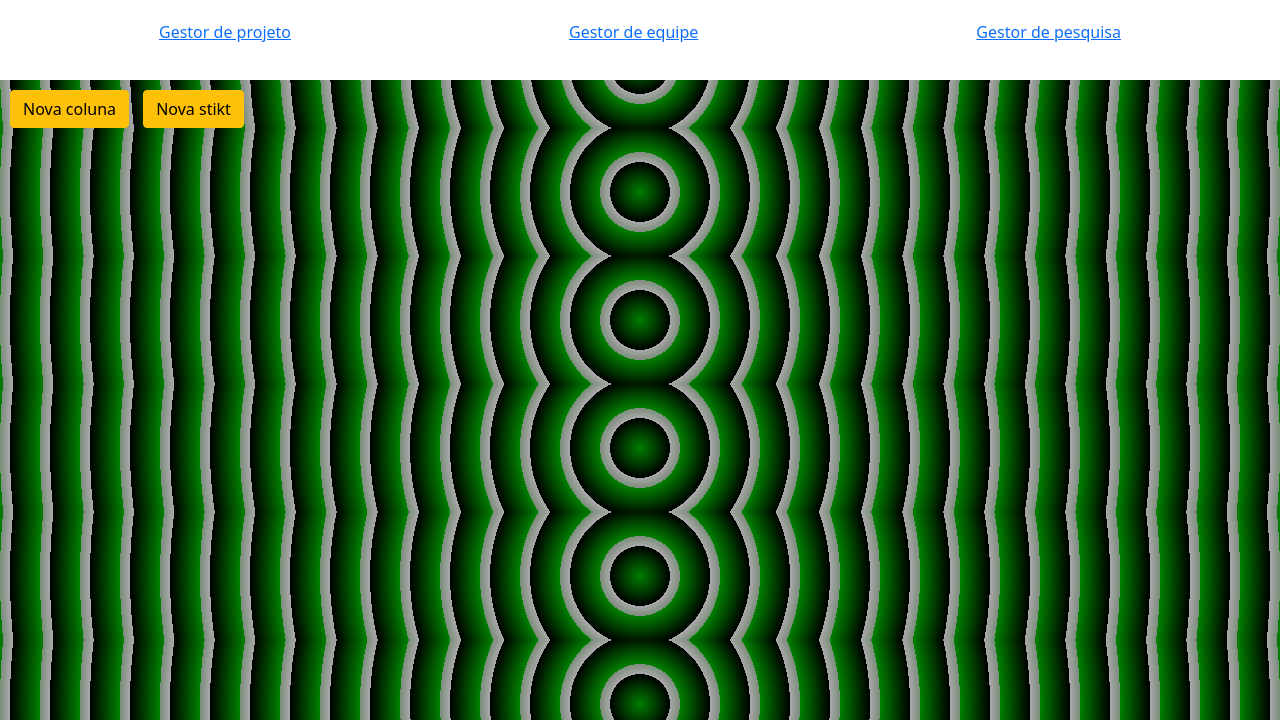
Repository: shadowruge/kanban
Page: index.html
These files come from the project's save history. The page is drawn as it stood at one moment and after the next save; the edit follows.
The browser window is 1280 px wide. The pictures show the whole page.

Above is the page before, as saved 2021-06-12 19:31:05.

### index.html
<!DOCTYPE html>
<html lang="en">
  <head>
    <meta charset="UTF-8" />
    <meta http-equiv="X-UA-Compatible" content="IE=edge" />
    <meta name="viewport" content="width=device-width, initial-scale=1.0" />
    <script src="https://cdn.jsdelivr.net/npm/@popperjs/core@2.9.2/dist/umd/popper.min.js" integrity="sha384-IQsoLXl5PILFhosVNubq5LC7Qb9DXgDA9i+tQ8Zj3iwWAwPtgFTxbJ8NT4GN1R8p" crossorigin="anonymous"></script>
<script src="https://cdn.jsdelivr.net/npm/bootstrap@5.0.1/dist/js/bootstrap.min.js" integrity="sha384-Atwg2Pkwv9vp0ygtn1JAojH0nYbwNJLPhwyoVbhoPwBhjQPR5VtM2+xf0Uwh9KtT" crossorigin="anonymous"></script>

    <script src="https://cdn.jsdelivr.net/npm/bootstrap@5.0.1/dist/js/bootstrap.bundle.min.js" integrity="sha384-gtEjrD/SeCtmISkJkNUaaKMoLD0//ElJ19smozuHV6z3Iehds+3Ulb9Bn9Plx0x4" crossorigin="anonymous"></script>
    <link href="https://cdn.jsdelivr.net/npm/bootstrap@5.0.1/dist/css/bootstrap.min.css" rel="stylesheet" integrity="sha384-+0n0xVW2eSR5OomGNYDnhzAbDsOXxcvSN1TPprVMTNDbiYZCxYbOOl7+AMvyTG2x" crossorigin="anonymous">
    <link rel="stylesheet" href="style.css" />
    <script src="index.js"></script>
    <title id="Description">Shadow Kanban</title>
  </head>

  <header>
    <nav class="nav">
      <p><a href="#">Gestor de projeto</a></p>
      <p><a href="#">Gestor de equipe</a></p>
      <p><a href="#">Gestor de pesquisa</a></p>
    </nav>
  </header>

  <body>

    <!--botão-->

    <button type="button" class="btn btn-warning">Nova coluna</button>

    <button type="button" class="btn btn-warning">Nova stikt</button>
    <div class="Linha" style="width:600px;">
      <!-- RECEBE DIVS DINAMICAS -->
      </div>
  </body>
  <script>

  </script>
</html>

### style.css
* {
  margin: 0;
  padding: 0;
  border: 0;
}

header{
  background-color:white;
}

body{

  background-image: repeating-linear-gradient(45deg,green, black 15%, rgb(155, 228, 155) 20%);
  background: repeating-radial-gradient(circle, green, black 30px,darkgray 10px, rgb(123, 141, 123) 40px);

}

#kanban {

  width: 97%;
  color: white;
  text-align: center;
  display: flex;
  flex-wrap: wrap;
}

.nav {

  padding: 20px;
  display: flex;
  justify-content: space-around;
  flex-wrap: wrap;
}

.ideias,
.pesquisa,
.progresso,
.testes,
.pronto {
  margin-top: 5px;
  margin-left: auto;
}

.membros,
.membros-lideres {
  margin-left: 150px;
}

.d-flex {
  display: flex !important;
}

.flex-column {
  flex-direction: column !important;
}

.board {
  padding: 20px;
}

.board-column {
  margin-left: 20px;
}

.column-body {
  margin-top: 2em;
}

.card textarea {
  resize: none;
}

.sticker {
  width: 180px;
  height: 180px;
  }

  button {
  margin-top: 10px;
  margin-left: 10px;
  }

  .linearGradientVertical{
    background-image: linear-gradient(90deg, green, red);
}
.linearGradientHorizontal{
    background-image: linear-gradient(180deg, green, red);
}
.radialGradient{
    background-image: radial-gradient(green, red);
}
.repeatingLinearGradient{

}
.repeatingRadialGradient{

}

### index.js
function dragStartHandler(ev) {
  ev.dataTransfer.setData("application/my-app", ev.target.id);
  ev.dataTransfer.effectAllowed = "move";
}

function dragCardStart(e) {
  console.log(e);
}

function dragOvertHandler(ev) {
  ev.preventDefault();
  ev.dataTransfer.dropEffect = "move";
}

function dropHandler(ev) {
  ev.preventDefault();
  const data = ev.dataTransfer.getData("application/my-app");
  ev.target.appendChild(document.getElementById(data));
}

function handleInputKeys({ key }) {
  switch (key) {
    case "Enter":
      break;

    default:
      break;
  }
}

const onInputClick = (e) => {
  e.preventDefault();
  e.stopPropagation();
  e.target.disabled = false;
  e.target.focus();
};

const onInputLostFocus = (e) => {
  console.log(e);
  e.target.disabled = true;
};

function addNewCard(e) {
  //   console.log(e);
  //   console.log(column);
  //   console.log(body);
  //   console.log(body.children);
  //   console.log(body.children[0].getAttributeNames());
  const [, , , column] = e.path;
  const [, body] = column.children;
  const addButton = body.children[body.children.length - 1];
  const card = document.createElement("div");
  const input = document.createElement("textarea");
  input.cols = 30;
  input.rows = 10;
  input.disabled = true;
  card.appendChild(input);
  card.classList.add("card");
  card.draggable = "true";
  card.addEventListener("click", onInputClick);
  card.addEventListener("focusout", onInputLostFocus);
  card.addEventListener("dragstart", dragCardStart);
  body.removeChild(addButton);
  body.appendChild(card);
  body.appendChild(addButton);
}

After the next save:
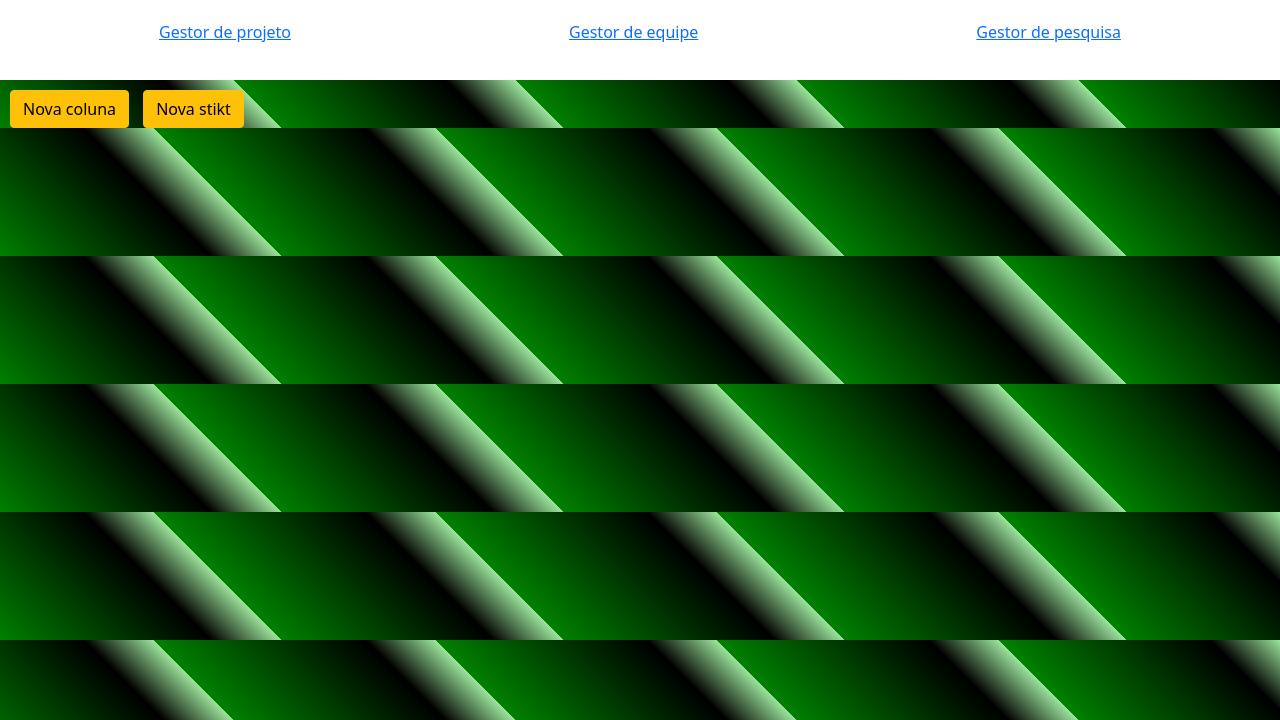
Saved 9 s later.
--- a/style.css
+++ b/style.css
@@ -11,7 +11,6 @@
 body{
 
   background-image: repeating-linear-gradient(45deg,green, black 15%, rgb(155, 228, 155) 20%);
-  background: repeating-radial-gradient(circle, green, black 30px,darkgray 10px, rgb(123, 141, 123) 40px);
 
 }
 
